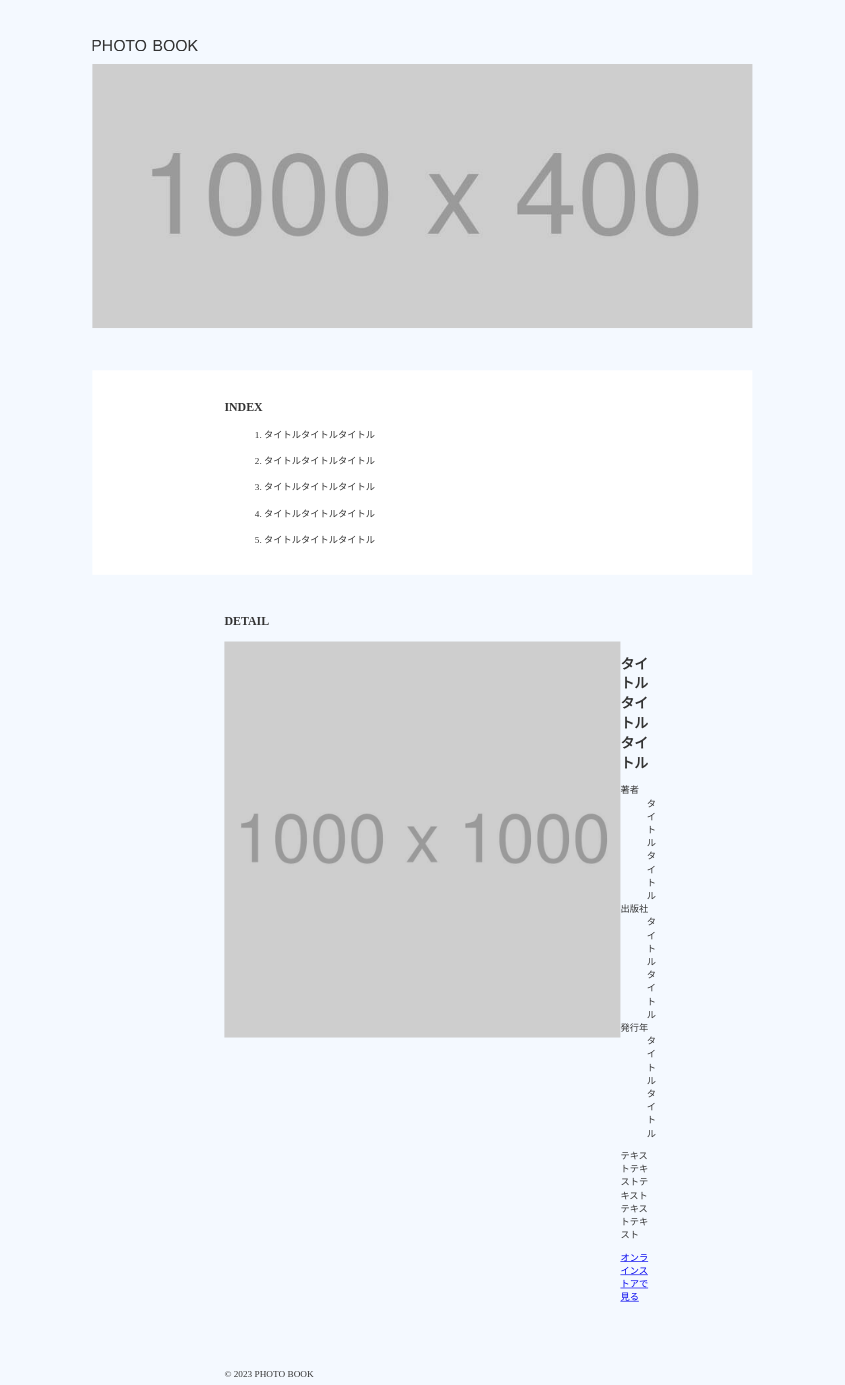
Repository: Fuki-san/photo-book-1
Page: http://localhost/photo
These files come from the project's save history. The page is drawn as it stood at one moment and after the next save; the edit follows.
The browser window is 1280 px wide. The pictures show the whole page, at 66% of full size.
The page is served by the project's Laravel application, run on PHP 8.4 with Laravel 10. Other server files are loaded and not shown.

Above is the page before, as saved 2023-11-29 18:51:31.

### routes/web.php
<?php

use Illuminate\Support\Facades\Route;

/*
|--------------------------------------------------------------------------
| Web Routes
|--------------------------------------------------------------------------
|
| Here is where you can register web routes for your application. These
| routes are loaded by the RouteServiceProvider and all of them will
| be assigned to the "web" middleware group. Make something great!
|
*/

Route::get('/', function () {
    return view('welcome');
});

Route::get('photo', function () {
    return view('photo');
});

### resources/views/photo.blade.php
@extends('layouts.main')

@section('title', 'photo')

@section('content')
    <div class="container">
        <header id="header">
            <h1 class="site-title"><a href="#"><img src="img/logo.svg" alt=""></a></h1>
        </header>

        <main>
            <div id="mainvisual">
                <img src="img/mainvisual.jpg" alt="">
            </div>
            <section id="index">
                <div class="inner">
                    <h2 class="sec-title">INDEX</h2>
                    <ol class="index-list">
                        <li>タイトルタイトルタイトル</li>
                        <li>タイトルタイトルタイトル</li>
                        <li>タイトルタイトルタイトル</li>
                        <li>タイトルタイトルタイトル</li>
                        <li>タイトルタイトルタイトル</li>
                    </ol>
                </div>
            </section>

            <section id="detail">
                <div class="inner">
                    <h2 class="sec-title">DETAIL</h2>
                    <div class="content">
                        <img src="img/detail.jpg" alt="">
                        <div class="text">
                            <h2 class="title">タイトルタイトルタイトル</h2>
                            <dl>
                                <dt>著者</dt>
                                <dd>タイトルタイトル</dd>
                                <dt>出版社</dt>
                                <dd>タイトルタイトル</dd>
                                <dt>発行年</dt>
                                <dd>タイトルタイトル</dd>
                            </dl>
                            <p>テキストテキストテキストテキストテキスト</p>
                            <a rel="noopener noreferrer" class="link" target="_blank" href="#">オンラインストアで見る</a>
                        </div>
                    </div>
                </div>
            </section>
        </main>

        <footer id="footer">
            <p class="inner">&copy; 2023 PHOTO BOOK</p>
        </footer>

    </div>
@endsection

### resources/views/layouts/main.blade.php
<!DOCTYPE html>
<html lang="ja">
<head>
    <meta charset="UTF-8">
    <meta name="viewport" content="width=device-width, initial-scale=1.0">
    <meta http-equiv="X-UA-Compatible" content="ie=edge">
    <link rel="stylesheet" href="{{ asset('css/reset.css') }}">
    <link rel="stylesheet" href="{{ asset('css/style.css') }}">
    <link rel="icon" href="img/favicon.ico">
    <title>@yield('title')</title>
</head>
<body>
    @yield('content')
</body>
</html>

### public/css/style.css
@charset "utf-8";

html{
    font-size: 100%;
}
body{
    font-size: 0.875rem;
    color: #333;
    background-color: #f4f9ff;
}
img{
    max-width: 100%;
    /* 画像は文字みたいに最初からサイズが決まっているわけではないので、
    (厳密にいえばテキストも同様で○○remと相対的なサイズにする)小さい画面サイズで
    はみ出したり、大きい画面サイズで余白ができるほど小さい画像にならないように、
    レスポンシブデザインを活かすため、max-width100%をしている */
}
.container{
    /* つまり.containerの子要素は本来、子のブロック要素は親要素と同じ幅になってmarigin autoなんて
    効かないが、1000pxの幅を超えたときに、containerがインライン要素と同じ感じに
    (block要素の幅100%でなく)1000pxという幅を持ち始め、それよりも大きい外側の部分を調整して
    marigin autoが効き、真ん中に来るようになる。
    端的に言えば↓の2つのコードは、幅が1000pxを超えたときに要素が真ん中に来るようにすること */
    /* .containerにも.innerにもmax-widthをする理由は、.innerの幅は
    .containerの1000pxを超えることがないが、それを超えて例えば1200pxのとき、
    .containerは200px分marginを取る。子のsection index(containerと同じ幅)も同様に1000pxcontentになり200px分は
    marginになる。このときでもinnerは600pxの幅を保ち、親のsection(1000px)に対して400px(左右200pxずつ)
    marginを取り、残りの200pxはそもそも範囲外でmarginでさえ対象外だから関係なし。
    つまり最初真ん中にindex要素を配置したいな→indexは600pxまでmainvisualと同じ幅で
    それ以上は画像だけ幅が伸びていく形(T型見たいなデザイン)にしようかな...でmax-widthとmargin autoが決まる */
    max-width: 1000px;
    margin: 0 auto;
}
.inner{
    margin: 0 auto;
    max-width: 600px;
}
.sec-title{
    font-size: 1.125rem;
    font-weight: bold;
    margin-bottom: 20px;
}
/* header */

#header{
    margin-top: 60px;
}
#header .site-title{
    width: 160px;
    /* h1の高さ(厳密にはborderlineだから、文字のaとかだとa文字がmainvisualと重なる。vertical-align bottomにすれば大丈夫だが...)をaやimgと合わせるため。 */
    line-height: 1px;
}
#header a{
    /* h1の範囲をaと合わせるため。これでクリックする範囲をh1と同じにした。
    aの高さはdisplayblockしてない状態だとh1と同じ高さだから、
    aも高さ変更必要でdisplay blockを使用 */
    display: block;
}
/* main */
#mainvisual{
    margin-bottom: 60px;
}
#index{
    background-color: #fff;
    padding: 30px 0;
    margin-bottom: 60px;
}
#index .index-list{
    margin-left: 20px;
}
#index .index-list li{
    margin-bottom: 20px;
}
#index .index-list li:last-child{
    margin-bottom: 0;
}
/* detaill */
#detail{
    margin-bottom: 100px;
}
.content{
    display: flex;
    align-items: flex-start;
}
#detail .content .title{
    font-size: ;
}

### public/img/logo.svg
<?xml version="1.0" encoding="utf-8"?>
<!-- Generator: Adobe Illustrator 15.1.0, SVG Export Plug-In . SVG Version: 6.00 Build 0)  -->
<!DOCTYPE svg PUBLIC "-//W3C//DTD SVG 1.1//EN" "http://www.w3.org/Graphics/SVG/1.1/DTD/svg11.dtd">
<svg version="1.1" id="レイヤー_1" xmlns="http://www.w3.org/2000/svg" xmlns:xlink="http://www.w3.org/1999/xlink" x="0px"
	 y="0px" width="1400px" height="156px" viewBox="0 0 1400 156" enable-background="new 0 0 1400 156" xml:space="preserve">
<g>
	<path fill="#333333" d="M0,152.092V2.65h56.373c9.92,0,17.498,0.477,22.731,1.428c7.34,1.223,13.49,3.552,18.451,6.982
		c4.96,3.433,8.953,8.241,11.978,14.425c3.022,6.185,4.536,12.98,4.536,20.387c0,12.709-4.043,23.463-12.129,32.264
		c-8.09,8.802-22.699,13.202-43.834,13.202h-38.33v60.754H0z M19.775,73.702h38.636c12.775,0,21.847-2.379,27.217-7.136
		c5.369-4.757,8.053-11.451,8.053-20.082c0-6.252-1.581-11.604-4.741-16.056c-3.16-4.45-7.324-7.391-12.487-8.817
		c-3.33-0.883-9.481-1.325-18.452-1.325H19.775V73.702z"/>
	<path fill="#333333" d="M139.859,152.092V2.65h19.776v61.367h77.677V2.65h19.775v149.441h-19.775V81.652h-77.677v70.439H139.859z"
		/>
	<path fill="#333333" d="M288.174,79.309c0-24.805,6.66-44.224,19.98-58.258C321.473,7.019,338.667,0,359.735,0
		c13.795,0,26.232,3.298,37.309,9.889c11.076,6.593,19.521,15.784,25.332,27.574c5.811,11.791,8.716,25.163,8.716,40.112
		c0,15.155-3.059,28.713-9.175,40.674c-6.116,11.961-14.781,21.016-25.993,27.166c-11.214,6.15-23.311,9.226-36.291,9.226
		c-14.067,0-26.641-3.398-37.717-10.194c-11.079-6.794-19.471-16.071-25.179-27.829C291.029,104.86,288.174,92.425,288.174,79.309z
		 M308.562,79.614c0,18.01,4.843,32.197,14.527,42.559c9.684,10.364,21.831,15.546,36.442,15.546
		c14.884,0,27.131-5.231,36.75-15.699c9.615-10.464,14.423-25.313,14.423-44.546c0-12.165-2.057-22.784-6.167-31.856
		c-4.112-9.071-10.126-16.106-18.043-21.101c-7.917-4.995-16.804-7.493-26.656-7.493c-14,0-26.046,4.81-36.137,14.425
		C313.608,41.065,308.562,57.121,308.562,79.614z"/>
	<path fill="#333333" d="M490.425,152.092V20.286h-49.237V2.65h118.451v17.636h-49.439v131.806H490.425z"/>
	<path fill="#333333" d="M570.14,79.309c0-24.805,6.658-44.224,19.979-58.258C603.438,7.019,620.632,0,641.7,0
		c13.794,0,26.23,3.298,37.309,9.889c11.076,6.593,19.522,15.784,25.331,27.574c5.813,11.791,8.717,25.163,8.717,40.112
		c0,15.155-3.059,28.713-9.176,40.674c-6.114,11.961-14.779,21.016-25.992,27.166s-23.311,9.226-36.291,9.226
		c-14.068,0-26.641-3.398-37.717-10.194c-11.078-6.794-19.47-16.071-25.179-27.829C572.994,104.86,570.14,92.425,570.14,79.309z
		 M590.526,79.614c0,18.01,4.843,32.197,14.527,42.559c9.685,10.364,21.83,15.546,36.442,15.546
		c14.883,0,27.132-5.231,36.748-15.699c9.615-10.464,14.424-25.313,14.424-44.546c0-12.165-2.057-22.784-6.166-31.856
		c-4.113-9.071-10.127-16.106-18.043-21.101c-7.918-4.995-16.804-7.493-26.658-7.493c-14,0-26.044,4.81-36.136,14.425
		C595.572,41.065,590.526,57.121,590.526,79.614z"/>
	<path fill="#333333" d="M812.43,152.092V2.65h56.066c11.416,0,20.573,1.514,27.472,4.537c6.896,3.024,12.3,7.68,16.209,13.966
		c3.907,6.286,5.861,12.861,5.861,19.724c0,6.39-1.732,12.404-5.198,18.044c-3.467,5.641-8.7,10.193-15.7,13.659
		c9.039,2.65,15.987,7.172,20.848,13.558c4.857,6.389,7.289,13.933,7.289,22.631c0,7-1.479,13.506-4.435,19.521
		c-2.957,6.016-6.612,10.652-10.958,13.915c-4.352,3.261-9.806,5.726-16.363,7.391c-6.558,1.666-14.593,2.497-24.106,2.497H812.43z
		 M832.206,65.444h32.313c8.768,0,15.053-0.576,18.859-1.733c5.027-1.493,8.818-3.975,11.366-7.439
		c2.548-3.468,3.822-7.815,3.822-13.049c0-4.961-1.188-9.328-3.567-13.099c-2.38-3.773-5.776-6.354-10.192-7.748
		c-4.419-1.393-11.997-2.09-22.733-2.09h-29.868V65.444z M832.206,134.457h37.208c6.386,0,10.872-0.237,13.455-0.715
		c4.552-0.814,8.358-2.173,11.417-4.077c3.058-1.901,5.571-4.672,7.544-8.308c1.971-3.634,2.956-7.832,2.956-12.589
		c0-5.571-1.428-10.414-4.281-14.526c-2.854-4.111-6.814-6.999-11.876-8.665c-5.063-1.664-12.354-2.497-21.865-2.497h-34.558
		V134.457z"/>
	<path fill="#333333" d="M946.479,79.309c0-24.805,6.659-44.224,19.979-58.258C979.776,7.019,996.972,0,1018.039,0
		c13.794,0,26.23,3.298,37.309,9.889c11.077,6.593,19.521,15.784,25.331,27.574c5.812,11.791,8.717,25.163,8.717,40.112
		c0,15.155-3.058,28.713-9.175,40.674s-14.781,21.016-25.994,27.166s-23.311,9.226-36.29,9.226
		c-14.068,0-26.641-3.398-37.717-10.194c-11.078-6.794-19.47-16.071-25.18-27.829C949.332,104.86,946.479,92.425,946.479,79.309z
		 M966.865,79.614c0,18.01,4.842,32.197,14.526,42.559c9.685,10.364,21.83,15.546,36.442,15.546
		c14.884,0,27.133-5.231,36.749-15.699c9.615-10.464,14.424-25.313,14.424-44.546c0-12.165-2.057-22.784-6.166-31.856
		c-4.113-9.071-10.127-16.106-18.044-21.101c-7.917-4.995-16.803-7.493-26.657-7.493c-14.001,0-26.044,4.81-36.136,14.425
		C971.91,41.065,966.865,57.121,966.865,79.614z"/>
	<path fill="#333333" d="M1108.865,79.309c0-24.805,6.66-44.224,19.979-58.258C1142.163,7.019,1159.357,0,1180.426,0
		c13.794,0,26.23,3.298,37.31,9.889c11.076,6.593,19.521,15.784,25.332,27.574c5.811,11.791,8.715,25.163,8.715,40.112
		c0,15.155-3.059,28.713-9.175,40.674c-6.115,11.961-14.779,21.016-25.993,27.166s-23.312,9.226-36.29,9.226
		c-14.068,0-26.642-3.398-37.719-10.194c-11.078-6.794-19.469-16.071-25.177-27.829
		C1111.719,104.86,1108.865,92.425,1108.865,79.309z M1129.254,79.614c0,18.01,4.842,32.197,14.525,42.559
		c9.684,10.364,21.831,15.546,36.442,15.546c14.882,0,27.131-5.231,36.749-15.699c9.615-10.464,14.424-25.313,14.424-44.546
		c0-12.165-2.057-22.784-6.167-31.856c-4.113-9.071-10.127-16.106-18.043-21.101c-7.917-4.995-16.804-7.493-26.658-7.493
		c-13.999,0-26.044,4.81-36.135,14.425C1134.298,41.065,1129.254,57.121,1129.254,79.614z"/>
	<path fill="#333333" d="M1276.45,152.092V2.65h19.776V76.76l74.211-74.109h26.81l-62.691,60.552l65.444,88.89h-26.096
		l-53.213-75.638l-24.465,23.854v51.784H1276.45z"/>
</g>
</svg>

After the next save:
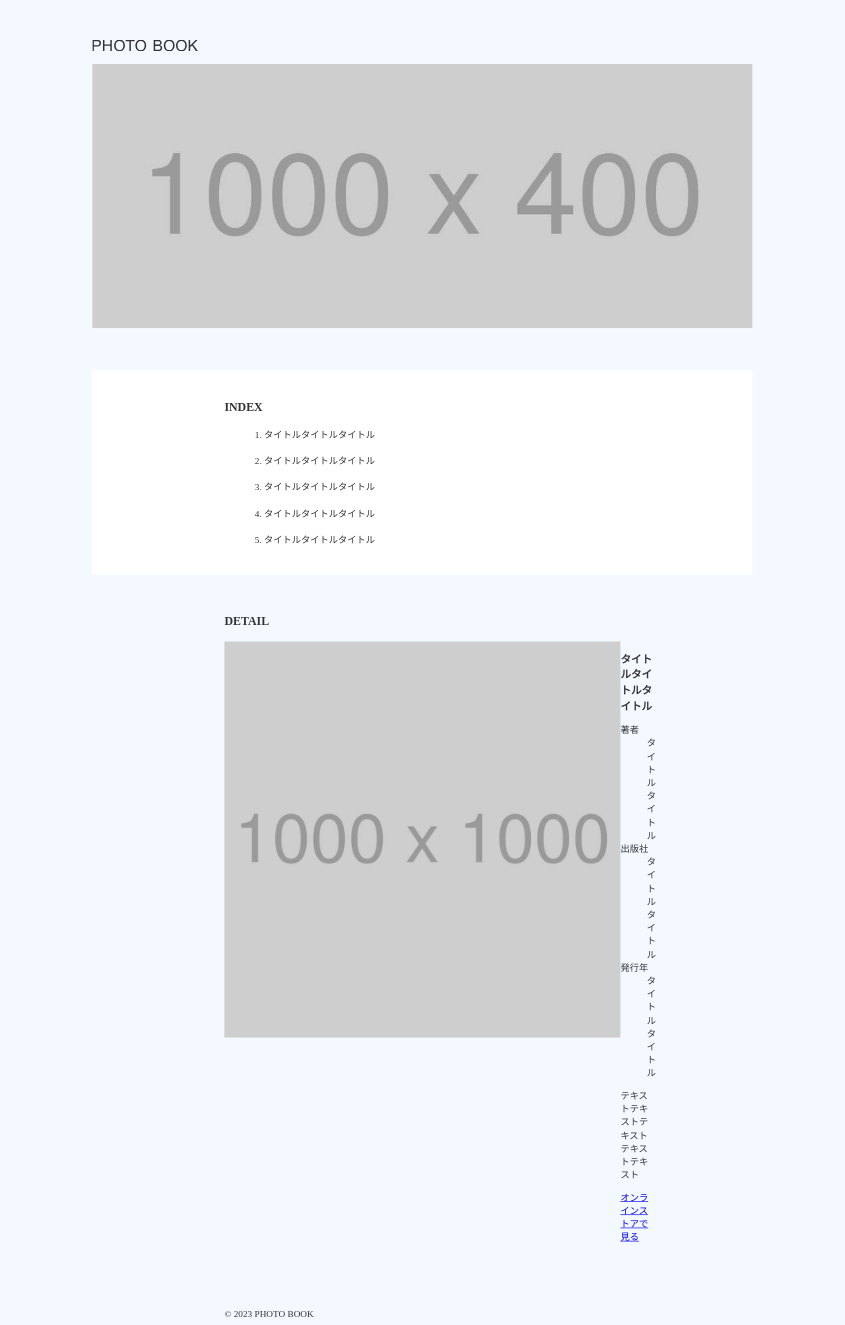
Saved 32 s later.
--- a/public/css/style.css
+++ b/public/css/style.css
@@ -83,5 +83,6 @@
     align-items: flex-start;
 }
 #detail .content .title{
-    font-size: ;
+    font-size: 1rem;
+
 }
